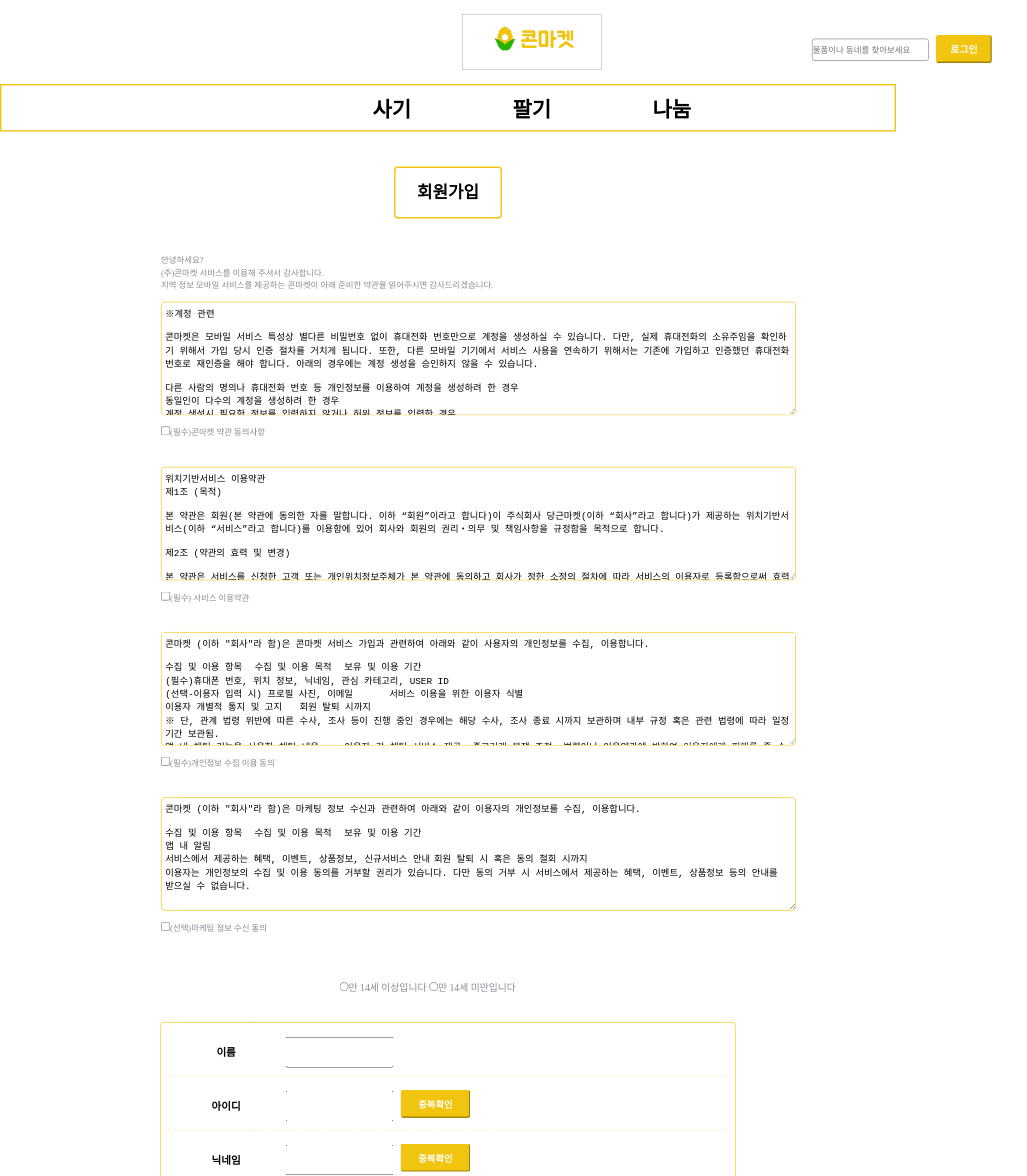
Repository: Corn-Market/Front-end
Page: http://localhost/CornMarket/resources/views/signUp.jsp
The author's editor kept a copy of each file at every save. The page is drawn from the files as they stood at one save, then again after the next save.
The browser window is 1280 px wide. The page is 1417 px wide, then 1467 px, so the pictures cover 1467 px, including what lies to the right of the window. The pictures show the part of the page from y = 0 to 1680 px (the page is 2643 px tall), at 70% of full size.
Some web fonts or font styles are not loaded; a fallback is used. The page is served by Tomcat 9. Other server files are loaded and not shown.

Above is the page before, as saved 2022-12-19 02:59:04.

### CornMarket/src/main/webapp/resources/views/signUp.jsp
<%@ page language="java" contentType="text/html; charset=UTF-8"
    pageEncoding="UTF-8"%>
<%@ taglib uri="http://java.sun.com/jsp/jstl/core" prefix="c" %>
<c:set var="path" value="${pageContext.request.contextPath}"/>
<!DOCTYPE html>
<html>
<head>
<meta charset="EUC-KR">
<title>Insert title here</title>
<link rel="stylesheet" href="${path}/resources/css/signUp.css"/>
<script src="https://ajax.googleapis.com/ajax/libs/jquery/3.5.1/jquery.min.js"></script><script src="https://ajax.googleapis.com/ajax/libs/jquery/3.5.1/jquery.min.js"></script>
</head>
<body>
<jsp:include page="header.jsp"/>
<jsp:include page="nav.jsp"/>
<div class="h2_st">
        <h2>회원가입</h2>
    </div>
    <div class="join_rule1">
        <div class="rule1-1">안녕하세요?</div>
        <div class="rule1-2">(주)콘마켓 서비스를 이용해 주셔서 감사합니다.<br>
             지역 정보 모바일 서비스를 제공하는 콘마켓이 아래 준비한 약관을 읽어주시면 감사드리겠습니다.
        </div>
        <textarea class="rule1" cols="110" rows="10">
※계정 관련

콘마켓은 모바일 서비스 특성상 별다른 비밀번호 없이 휴대전화 번호만으로 계정을 생성하실 수 있습니다. 다만, 실제 휴대전화의 소유주임을 확인하기 위해서 가입 당시 인증 절차를 거치게 됩니다. 또한, 다른 모바일 기기에서 서비스 사용을 연속하기 위해서는 기존에 가입하고 인증했던 휴대전화 번호로 재인증을 해야 합니다. 아래의 경우에는 계정 생성을 승인하지 않을 수 있습니다.

다른 사람의 명의나 휴대전화 번호 등 개인정보를 이용하여 계정을 생성하려 한 경우
동일인이 다수의 계정을 생성하려 한 경우
계정 생성시 필요한 정보를 입력하지 않거나 허위 정보를 입력한 경우
콘마켓이 과거에 운영원칙 또는 법률 위반 등의 정당한 사유로 해당 계정을 삭제 또는 징계한 경우
사기 정보 모음 사이트나 정부기관 사이트 등에서 거래 사기 이력이 있는 휴대전화 번호로 확인된 경우
계정은 본인만 이용할 수 있고, 다른 사람에게 이용을 허락하거나 양도할 수 없습니다. 사용자는 계정과 관련된 정보, 즉 프로필 사진이나 별명 등을 수정할 수 있습니다. 휴대폰 번호가 바뀐 경우에는 서비스 내 설정 메뉴나 고객센터 문의를 통해 새 휴대폰 번호로 인증절차를 걸쳐 수정할 수 있습니다.

사용시 주의해야 할 점

콘마켓은 사용자가 아래와 같이 잘못된 방법이나 행위로 서비스를 이용할 경우 사용에 대한 제재(이용정지, 강제탈퇴 등)를 가할 수 있습니다.

잘못된 방법으로 서비스의 제공을 방해하거나 콘마켓이 안내하는 방법 이외의 다른 방법을 사용하여 콘마켓 서비스에 접근하는 행위
다른 이용자의 정보를 무단으로 수집, 이용하거나 다른 사람들에게 제공하는 행위
서비스를 영리나 홍보 목적으로 이용하는 행위
음란 정보나 저작권 침해 정보 등 공서양속 및 법령에 위반되는 내용의 정보 등을 발송하거나 게시하는 행위
콘마켓의 동의 없이 당근마켓 서비스 또는 이에 포함된 소프트웨어의 일부를 복사, 수정, 배포, 판매, 양도, 대여, 담보제공하거나 타인에게 그 이용을 허락하는 행위
소프트웨어를 역설계하거나 소스 코드의 추출을 시도하는 등 콘마켓 서비스를 복제, 분해 또는 모방하거나 기타 변형하는 행위
관련 법령, 콘마켓의 모든 약관 또는 운영정책을 준수하지 않는 행위
개인정보 보호 관련

개인정보는 콘마켓 서비스의 원활한 제공을 위하여 사용자가 동의한 목적과 범위 내에서만 이용됩니다. 개인정보 보호 관련 기타 상세한 사항은 콘마켓 개인정보처리방침을 참고하시기 바랍니다.

※게시물의 저작권 보호

콘마켓 서비스 사용자가 서비스 내에 게시한 게시물의 저작권은 해당 게시물의 저작자에게 귀속됩니다.
사용자가 서비스 내에 게시하는 게시물은 검색결과 내지 서비스 및 관련 프로모션, 광고 등에 노출될 수 있으며, 해당 노출을 위해 필요한 범위 내에서는 일부 수정, 복제, 편집되어 게시될 수 있습니다. 이 경우, 콘마켓은 저작권법 규정을 준수하며, 사용자는 언제든지 고객센터 또는 운영자 문의 기능을 통해 해당 게시물에 대해 삭제, 검색결과 제외, 비공개 등의 조치를 요청할 수 있습니다.
위 2항 이외의 방법으로 사용자의 게시물을 이용하고자 하는 경우에는 전화, 팩스, 전자우편 등을 통해 사전에 사용자의 동의를 얻어야 합니다.
게시물의 관리

사용자의 게시물이 "정보통신망법" 및 "저작권법"등 관련법에 위반되는 내용을 포함하는 경우, 권리자는 관련법이 정한 절차에 따라 해당 게시물의 게시중단 및 삭제 등을 요청할 수 있으며, 콘마켓은 관련법에 따라 조치를 취하여야 합니다.
콘마켓은 전항에 따른 권리자의 요청이 없는 경우라도 권리침해가 인정될 만한 사유가 있거나 기타 회사 정책 및 관련법에 위반되는 경우에는 관련법에 따라 해당 게시물에 대해 임시조치(삭제, 노출제한, 게시중단) 등을 취할 수 있습니다.

※사용권리

콘마켓은 서비스 이용을 위하여 양도불가능하고 무상의 라이선스를 사용자분들에게 제공합니다. 다만, 콘마켓 상표 및 로고를 사용할 권리를 사용자분들에게 부여하는 것은 아닙니다.

※서비스 고지 및 홍보내용 표시

콘마켓은 서비스 사용자분의 편의를 위해 서비스 이용과 관련된 각종 고지 및 기타 콘마켓 서비스 홍보를 포함한 다양한 정보를 콘마켓 서비스에 표시하거나 사용자의 휴대폰 문자, 알림 메시지(Push Notification) 등으로 발송할 수 있으며 서비스 사용자분은 이에 동의합니다. 이 경우 서비스 사용자분의 통신환경 또는 요금구조에 따라 서비스 사용자분이 데이터 요금 등을 부담할 수 있습니다. 한편 콘마켓은 서비스 사용자분이 수집에 동의한 서비스 내 활동 정보를 기초로 콘마켓에게 직접적인 수익이 발생하지 않거나 콘마켓이 판매하는 상품과 직접적인 관련성이 없는 한도에서 다른 서비스 사용자분 등이 판매하는 상품 또는 서비스에 관한 정보를 위와 같은 방법으로 서비스 사용자분에게 보낼 수 있으며 서비스 사용자분은 이에 동의합니다. 물론 서비스 사용자분은 관련 법령상 필요한 내용을 제외하고 언제든지 이러한 정보에 대한 수신 거절을 할 수 있으며, 이 경우 콘마켓은 즉시 위와 같은 정보를 보내는 것을 중단합니다.

※위치기반서비스 관련

콘마켓은 사용자의 실생활에 더욱 보탬이 되는 유용한 서비스를 제공하기 위하여 콘마켓 서비스에 위치기반서비스를 포함시킬 수 있습니다. 콘마켓의 위치기반서비스는 사용자의 단말기기의 위치정보를 수집하는 위치정보사업자로부터 위치정보를 전달받아 제공하는 무료서비스이며, 구체적으로는 사용자의 현재 위치를 기준으로 특정 지역커뮤니티에 가입자격을 부여하고 다른 이용자와 해당 지역과 관련된 게시물을 작성할 수 있도록 하는 서비스(지역커뮤니티서비스), 사용자의 현재 위치를 이용한 생활 정보나 광고성 정보를 제공하는 서비스(정보제공서비스)가 있습니다. 특히, 사용자가 14세 미만 이용자로서 개인위치정보를 활용한 위치기반 서비스를 이용하기 위해서는 콘마켓은 사용자의 개인위치정보를 이용 또는 제공하게 되며, 이 경우 부모님 등 법정대리인의 동의가 먼저 있어야 합니다. 만약 법정대리인의 동의 없이 위치기반서비스가 이용된 것으로 판명된 때에는 콘마켓은 즉시 사용자의 위치기반서비스 이용을 중단하는 등 적절한 제한을 할 수 있습니다.

사용자(14세 미만 이용자의 법정대리인 포함)는 콘마켓 서비스와 관련된 개인위치정보의 이용, 제공 목적, 제공받는 자의 범위 및 위치기반서비스의 일부에 대하여 동의를 유보하거나, 이용∙제공에 대한 동의의 전부 또는 일부 철회할 수 있으며, 일시적인 중지를 요구할 수 있습니다. 콘마켓은 위치정보의 보호 및 이용 등에 관한 법률의 규정에 따라 개인위치정보 및 위치정보 이용∙제공사실 확인자료를 6개월 이상 보관하며, 사용자가 동의의 전부 또는 일부를 철회한 때에는 당근마켓은 철회한 부분에 해당하는 개인위치정보 및 위치정보 이용∙제공사실 확인자료를 지체 없이 파기하겠습니다.

사용자(14세 미만 이용자의 법정대리인 포함)는 콘마켓에 대하여 사용자에 대한 위치정보 이용∙제공사실 확인자료나, 사용자의 개인위치정보가 법령에 의하여 제3자에게 제공되었을 때에는 그 이유 및 내용의 열람 또는 고지를 요구할 수 있고, 오류가 있는 때에는 정정을 요구할 수 있습니다. 만약, 콘마켓이 사용자의 개인위치정보를 사용자가 지정하는 제3자에게 직접 제공하는 때에는 법령에 따라 개인위치정보를 수집한 스마트폰 등으로 사용자에게 개인위치정보를 제공받는 자, 제공 일시 및 제공 목적을 즉시 통보하겠습니다.

콘마켓은 8세 이하의 아동 등(금치산자, 중증 정신장애인 포함)의 보호의무자가 개인위치정보의 이용 또는 제공에 서면으로 동의하는 경우에는 해당 본인의 동의가 있는 것으로 보며, 이 경우 보호의무자는 개인위치정보주체의 권리를 모두 행사할 수 있습니다.

콘마켓은 사용자의 위치정보를 안전하게 보호하기 위하여 위치정보관리책임자(정창훈 이사, privacy@cornservice.com)를 지정하고 있습니다.

만약 사용자와 콘마켓 간의 위치정보와 관련한 분쟁에 대하여 협의가 어려운 때에는 사용자은 위치정보의 보호 및 이용 등에 관한 법률 제 28조 2항 및 개인정보보호법 제43조의 규정에 따라 개인정보 분쟁조정위원회에 조정을 신청할 수 있습니다.

위치기반서비스 이용약관 전문보기

※오프라인 서비스 관련

콘마켓은 서비스 사용자의 편의를 위해 사용자로부터 배송 등 온라인 커뮤니티 이외의 서비스(이하 “오프라인 서비스”)를 요청 받아 이를 직접 또는 다른 사람에게 맡겨 수행할 수 있고, 이러한 서비스와 관련하여 회사와 사용자가 지켜야 할 사항은 오프라인 서비스 이용약관 및 배송 서비스 수행자(콘버디) 이용약관 등에 따릅니다.

※콘알바 서비스 관련

콘마켓은 직업안정법에 근거하여 지역 내 구인구직 정보가 효과적으로 제공될 수 있도록 하기 위하여 콘알바 서비스를 제공하며, 이러한 서비스와 관련하여 회사와 사용자가 지켜야 할 사항은 콘알바 서비스 이용약관에 따릅니다.

※서비스 중단

콘마켓 서비스는 장비의 유지∙보수를 위한 정기 또는 임시 점검 또는 다른 상당한 이유로 콘마켓 서비스의 제공이 일시 중단될 수 있으며, 이때에는 미리 서비스 제공화면에 공지하겠습니다. 만약, 콘마켓로서도 예측할 수 없는 이유로 콘마켓 서비스가 중단된 때에는 콘마켓이 상황을 파악하는 즉시 통지하겠습니다.

※이용계약 해지(서비스 탈퇴)

사용자가 콘마켓 서비스의 이용을 더 이상 원치 않는 때에는 언제든지 콘마켓 서비스 내 제공되는 메뉴를 이용하여 콘마켓 서비스 이용계약의 해지 신청을 할 수 있으며, 콘마켓은 법령이 정하는 바에 따라 신속히 처리하겠습니다. 다만, 거래사기 등의 부정이용 방지를 위해 거래를 진행중이거나 거래 관련 분쟁이 발생한 사용자는 이용계약 해지 및 서비스 탈퇴가 특정 기간 동안 제한될 수 있습니다. 이용계약이 해지되면 법령 및 개인정보처리방침에 따라 사용자 정보를 보유하는 경우를 제외하고는 사용자 정보나 사용자가 작성한 게시물 등 모든 데이터는 삭제됩니다. 다만, 사용자가 작성한 게시물이 제3자에 의하여 스크랩 또는 다른 공유 기능으로 게시되거나, 사용자가 제3자의 게시물에 댓글, 채팅 등 게시물을 추가하는 등의 경우에는 다른 이용자의 정상적 서비스 이용을 위하여 필요한 범위 내에서 콘마켓 서비스 내에 삭제되지 않고 남아 있게 됩니다.

※책임제한

콘마켓은 법령상 허용되는 한도 내에서 콘마켓 서비스와 관련하여 본 약관에 명시되지 않은 어떠한 구체적인 사항에 대한 약정이나 보증을 하지 않습니다. 예를 들어, 콘마켓은 콘마켓 서비스에 속한 콘텐츠, 서비스의 특정 기능, 서비스의 이용가능성에 대하여 어떠한 약정이나 보증을 하는 것이 아니며, 콘마켓 서비스를 있는 그대로 제공할 뿐입니다.

※손해배상

콘마켓의 과실로 인하여 사용자가 손해를 입게 될 경우 당근마켓은 법령에 따라 사용자의 손해를 배상하겠습니다. 다만, 콘마켓은 콘마켓 서비스에 접속 또는 이용과정에서 발생하는 개인적인 손해, 제3자가 불법적으로 콘마켓의 서버에 접속하거나 서버를 이용함으로써 발생하는 손해, 제3자가 콘마켓 서버에 대한 전송 또는 콘마켓 서버로부터의 전송을 방해함으로써 발생하는 손해, 제3자가 악성 프로그램을 전송 또는 유포함으로써 발생하는 손해, 전송된 데이터의 생략, 누락, 파괴 등으로 발생한 손해, 명예훼손 등 제3자가 콘마켓 서비스를 이용하는 과정에서 사용자에게 발생시킨 손해에 대하여 책임을 부담하지 않습니다. 또한 콘마켓은 법률상 허용되는 한도 내에서 간접 손해, 특별 손해, 결과적 손해, 징계적 손해, 및 징벌적 손해에 대한 책임을 부담하지 않습니다.

※약관수정

콘마켓은 법률이나 당근마켓 서비스의 변경사항을 반영하기 위한 목적 등으로 본 약관이나 각 콘마켓 서비스 고객센터의 콘마켓 서비스 이용방법, 해당 안내 및 고지사항을 수정할 수 있습니다. 본 약관이 변경되는 경우 콘마켓은 변경 사항을 개별 콘마켓 서비스 초기화면에 게시하며, 변경된 약관은 게시한 날로부터 7일 후부터 효력이 발생합니다.

콘마켓은 변경된 약관을 게시한 날로부터 효력이 발생되는 날까지 약관변경에 대한 사용자의 의견을 기다리겠습니다. 위 기간이 지나도록 사용자의 의견이 콘마켓에 접수되지 않으면, 사용자가 변경된 약관에 따라 서비스를 이용하는 데에 동의하는 것으로 보겠습니다. 사용자가 변경된 약관에 동의하지 않는 경우 변경된 약관의 적용을 받는 해당 서비스의 제공이 더 이상 불가능하게 됩니다.

※사용자 의견

콘마켓은 사용자의 의견을 소중하게 생각합니다. 사용자는 언제든지 서비스 내 콘마켓 운영자 문의란을 통해 의견을 개진할 수 있습니다. 콘마켓은 푸시 알림, 채팅 방법, 휴대폰 번호 등으로 사용자에게 여러 가지 소식을 알려드리며, 사용자 전체에 대한 통지는 콘마켓 서비스 초기화면 또는 공지사항 란에 게시함으로써 효력이 발생합니다.

본 약관은 콘마켓과 사용자와의 관계에 적용되며, 제3자의 수익권을 발생시키지 않습니다.

사용자가 본 약관을 준수하지 않은 경우에, 콘마켓이 즉시 조치를 취하지 않더라도 콘마켓이 가지고 있는 권리를 포기하는 것이 아니며, 본 약관 중 일부 조항의 집행이 불가능하게 되더라도 다른 조항에는 영향을 미치지 않습니다.

본 약관 또는 콘마켓 서비스와 관련하여서는 대한민국의 법률이 적용됩니다.

공고일자: 2022년 6월 28일
시행일자: 2022년 7월 05일
        </textarea>
        <input type="checkbox">(필수)콘마켓 약관 동의사항
        <textarea class="rule1" cols="110" rows="10">
위치기반서비스 이용약관
제1조 (목적)

본 약관은 회원(본 약관에 동의한 자를 말합니다. 이하 “회원”이라고 합니다)이 주식회사 당근마켓(이하 “회사”라고 합니다)가 제공하는 위치기반서비스(이하 “서비스”라고 합니다)를 이용함에 있어 회사와 회원의 권리・의무 및 책임사항을 규정함을 목적으로 합니다.

제2조 (약관의 효력 및 변경)

본 약관은 서비스를 신청한 고객 또는 개인위치정보주체가 본 약관에 동의하고 회사가 정한 소정의 절차에 따라 서비스의 이용자로 등록함으로써 효력이 발생합니다.
회사는 본 약관의 내용을 회원이 쉽게 알 수 있도록 서비스 초기 화면에 게시하거나 기타의 방법으로 공지합니다.
회사는 필요하다고 인정되면 본 약관을 변경할 수 있으며, 회사가 약관을 개정할 경우에는 기존약관과 개정약관 및 개정약관의 적용일자와 개정사유를 명시하여 현행약관과 함께 그 적용일자 7일 전부터 적용일 이후 상당한 기간 동안 공지합니다. 다만, 개정 내용이 회원에게 불리한 경우에는 그 적용일자 30일 전부터 적용일 이후 상당한 기간 동안 각각 이를 서비스 홈페이지에 게시하여 고지합니다.
회사가 전항에 따라 회원에게 공지하거나 통지하면서 공지 또는 통지ㆍ고지일로부터 개정약관 시행일 7일 후까지 거부의사를 표시하지 아니하면 승인한 것으로 본다는 뜻을 명확하게 고지하였음에도 불구하고 거부의 의사표시가 없는 경우에는 변경된 약관에 승인한 것으로 봅니다. 회원이 개정약관에 동의하지 않을 경우 회원은 이용계약을 해지할 수 있습니다.
제3조 (약관 외 준칙)

본 약관에 규정되지 않은 사항에 대해서는 위치정보의 보호 및 이용 등에 관한 법률(이하 “위치정보법”이라고 합니다), 전기통신사업법, 정보통신망 이용촉진 및 보호 등에 관한 법률(이하 “정보통신망법”이라고 합니다), 개인정보보호법 등 관련법령 또는 회사가 정한 서비스의 운영정책 및 규칙 등(이하 “세부지침”이라고 합니다)의 규정에 따릅니다.

제4조 (서비스의 가입)

본회사는 아래와 같은 경우에는 여러분의 당근마켓 계정 생성을 유보할 수 있습니다.
실명이 아니거나 다른 사람의 명의를 사용하는 등 허위로 신청하는 경우
회원 등록 사항을 빠뜨리거나 잘못 기재하여 신청하는 경우
기타 회사가 정한 이용신청 요건을 충족하지 않았을 경우
제5조 (서비스의 해지)

회원이 서비스 이용을 해지하고자 할 경우 회원은 회사가 정한 절차(서비스 홈페이지 등을 통해 공지합니다)를 통해 서비스 해지를 신청할 수 있으며, 회사는 법령이 정하는 바에 따라 신속히 처리합니다.

제6조 (서비스의 내용)

서비스의 이용은 연중무휴 1일 24시간을 원칙으로 합니다. 단, 회사의 업무 또는 기술상의 이유로 서비스가 일시 중지될 수 있으며, 운영상의 목적으로 회사가 정한 기간에도 서비스는 일시 중지될 수 있습니다. 이때 회사는 사전 또는 사후에 이를 공지합니다.
회사가 제공하는 서비스의 종류, 세부 내용, 이용 요금은 아래와 같습니다.
종류 : 동네 커뮤니티 서비스
서비스명 : 콘마켓
설명 : 내동네를 인증하고 주변 이웃과 중고물품을 거래하거나 동네 정보를 공유하는 서비스
위치정보 이용 목적: 내 동네인증
이용 요금 : 무료
제7조 (서비스 이용요금)

회사가 제공하는 서비스는 기본적으로 유료 또는 무료입니다. 단, 별도의 유료서비스의 경우 해당 서비스에 명시된 요금을 지불하여야 사용 가능합니다.
회사는 유료서비스 이용요금을 회사와 계약한 전자지불업체에서 정한 방법에 의하거나 회사가 정한 청구서에 합산하여 청구할 수 있습니다.
유료서비스 이용을 통하여 결제된 대금에 대한 취소 및 환불은 회사의 결제 이용약관 등 관련법령에 따릅니다.
회원의 개인정보도용 및 결제사기로 인한 환불요청 또는 결제자의 개인정보 요구는 법률이 정한 경우 외에는 거절될 수 있습니다.
무선서비스 이용 시 발생하는 데이터 통신료는 별도이며, 회원이 가입한 각 이동통신사의 정책에 따릅니다.
MMS 등으로 게시물을 등록할 경우 발생하는 요금은 회원이 가입한 각 이동통신사의 정책에 따릅니다.
제8조 (서비스의 이용제한 및 중지)

회사는 아래 각 호의 경우에는 회원의 서비스 이용을 제한하거나 중지시킬 수 있습니다.
회원이 회사 서비스의 운영을 고의 또는 중과실로 방해하는 경우
서비스용 설비 점검, 보수 또는 공사로 인하여 부득이한 경우
전기통신사업법에 규정된 기간통신사업자가 전기통신 서비스를 중지했을 경우
국가비상사태, 서비스 설비의 장애 또는 서비스 이용의 폭주 등으로 서비스 이용에 지장이 있는 때
기타 중대한 사유로 인하여 회사가 서비스 제공을 지속하는 것이 부적당하다고 인정하는 경우
회사는 전항의 규정에 의하여 서비스의 이용을 제한하거나 중지한 때에는 그 사유 및 제한기간 등을 회원에게 알려야 합니다.
제9조 (서비스내용변경 통지 등)

회사가 서비스 내용을 변경하거나 종료하는 경우 회사는 회원의 등록된 휴대폰 번호 문자 방식으로 서비스 내용의 변경 사항 또는 종료를 통지할 수 있습니다.
전항의 경우 불특정 다수인을 상대로 통지를 함에 있어서는 서비스 홈페이지 등 기타 회사의 공지사항 페이지를 통하여 회원들에게 통지할 수 있습니다. 단, 회원 본인의 거래와 관련하여 중대한 영향을 미치는 사항은 상당한 기간 동안 서비스 홈페이지에 게시하거나 회원에게 전자적 형태(전자우편, SMS 등)로 개별통지 합니다.
제10조 (개인위치정보의 이용 또는 제공)

회사는 개인위치정보를 이용하여 서비스를 제공하고자 하는 경우에는 미리 약관에 명시한 후 개인위치정보주체의 동의를 얻어야 합니다.
회원 및 법정대리인의 권리와 그 행사방법은 제소 당시의 이용자의 주소에 의하며, 주소가 없는 경우에는 거소를 관할하는 지방법원의 전속관할로 합니다. 다만, 제소 당시 이용자의 주소 또는 거소가 분명하지 않거나 외국 거주자의 경우에는 민사소송법상의 관할법원에 제기합니다.
회사는 타사업자 또는 이용 고객과의 요금정산 및 민원처리를 위해 위치정보 이용·제공, 사실 확인자료를 자동 기록·보존하며, 해당 자료는 6개월간 보관합니다.
회사는 개인위치정보주체의 동의 없이 개인위치정보를 제3자에게 제공하지 아니하며, 제3자 제공 서비스를 제공하는 경우에는 제공 받는자 및 제공목적을 사전에 개인위치정보주체에게 고지하고 동의를 받습니다. 다만, 다음의 경우는 예외로 하고 있습니다.
법령의 규정에 의거하거나 수사 목적으로 법령에 정해진 절차와 방법에 따라 수사기관의 요구가 있는 경우
회사는 개인위치정보를 회원이 지정하는 제3자에게 제공하는 경우에는 개인위치정보를 수집한 당해 통신 단말장치로 매회 회원에게 제공받는 자, 제공 일시 및 제공목적을 즉시 통보합니다. 단, 아래 각 호의 1에 해당하는 경우에는 회원이 미리 특정하여 지정한 통신 단말장치 또는 전자우편주소로 통보합니다.
개인위치정보를 수집한 당해 통신단말장치가 문자, 음성 또는 영상의 수신기능을 갖추지 아니한 경우
회원이 온라인 게시 등의 방법으로 통보할 것을 미리 요청한 경우
제11조 (개인위치정보주체의 권리)

회원은 회사에 대하여 언제든지 개인위치정보를 이용한 위치기반서비스 제공 및 개인위치정보의 제3자 제공에 대한 동의의 전부 또는 일부를 철회할 수 있습니다. 이 경우 회사는 수집한 개인위치정보 및 위치정보 이용, 제공사실 확인자료를 파기합니다.
회원은 회사에 대하여 언제든지 개인위치정보의 수집, 이용 또는 제공의 일시적인 중지를 요구할 수 있으며, 회사는 이를 거절할 수 없고 이를 위한 기술적 수단을 갖추고 있습니다.
회원은 회사에 대하여 아래 각 호의 자료에 대한 열람 또는 고지를 요구할 수 있고, 당해 자료에 오류가 있는 경우에는 그 정정을 요구할 수 있습니다. 이 경우 회사는 정당한 사유 없이 회원의 요구를 거절할 수 없습니다.
본인에 대한 위치정보 수집, 이용, 제공사실 확인자료
본인의 개인위치정보가 위치정보의 보호 및 이용 등에 관한 법률 또는 다른 법률 규정에 의하여 제3자에게 제공된 이유 및 내용
회원은 제1항 내지 제3항의 권리행사를 위해 회사의 소정의 절차를 통해 요구할 수 있습니다.
제12조 (법정대리인의 권리)

회사는 14세 미만의 회원에 대해서는 개인위치정보를 이용한 위치기반서비스 제공 및 개인위치정보의 제3자 제공에 대한 동의를 당해 회원과 당해 회원의 법정대리인으로부터 동의를 받아야 합니다. 이 경우 법정대리인은 제11조에 의한 회원의 권리를 모두 가집니다.
회사는 14세 미만의 아동의 개인위치정보 또는 위치정보 이용, 제공사실 확인자료를 이용약관에 명시 또는 고지한 범위를 넘어 이용하거나 제3자에게 제공하고자 하는 경우에는 14세 미만의 아동과 그 법정대리인의 동의를 받아야 합니다. 단, 아래의 경우는 제외합니다.
위치정보 및 위치기반서비스 제공에 따른 요금정산을 위하여 위치정보 이용, 제공사실 확인자료가 필요한 경우
통계작성, 학술연구 또는 시장조사를 위하여 특정 개인을 알아볼 수 없는 형태로 가공하여 제공하는 경우
제13조 (8세 이하의 아동 등의 보호의무자의 권리)

회사는 14세 미만의 아동의 개인위치정보 또는 위치정보 이용, 제공사실 확인자료를 이용약관에 명시 또는 고지한 범위를 넘어 이용하거나 제3자에게 제공하고자 하는 경우에는 14세 미만의 아동과 그 법정대리인의 동의를 받아야 합니다. 단, 아래의 경우는 제외합니다.
8세 이하의 아동
피성년후견인
장애인복지법 제2조 제2항 제2호의 규정에 따른 정신적 장애를 가진 자로서 장애인 고용촉진 및 직업재활법 제2조 제2호의 규정에 따라 중증장애인에 해당하는 자(장애인복지법 제32조의 규정에 따라 장애인등록을 한 자에 한합니다)
전항의 규정에 따른 8세 이하 아동 등의 보호의무자는 해당 아동을 사실상 보호하는 자로서 다음 각 호에 해당하는 자를 말합니다.
8세 이하의 아동의 법정대리인 또는 보호시설에 있는 미성년자의 후견 직무에 관한 법률 제3조의 규정에 따른 후견인
피성년후견인의 법정대리인
본 조 제1항 제3호의 자의 법정대리인 또는 장애인복지법 제58조 제1항 제1호의 규정에 따른 장애인생활시설(국가 또는 지방자치단체가 설치·운영하는 시설에 한합니다)의 장, 정신보건법 제3조 제4호의 규정에 따른 정신질환자 사회복귀시설(국가 또는 지방자치단체가 설치·운영하는 시설에 한합니다)의 장, 동법 동조 제5호의 규정에 따른 정신요양시설의 장
8세 이하의 아동 등의 생명 또는 신체의 보호를 위하여 개인위치정보의 이용 또는 제공에 동의를 하고자 하는 보호의무자는 서면동의서에 보호의무자임을 증명하는 서면을 첨부하여 회사에 제출하여야 합니다.
보호의무자는 8세 이하의 아동 등의 개인위치정보 이용 또는 제공에 동의하는 경우 개인위치정보주체 권리의 전부를 행사할 수 있습니다.
제14조 (회사의 주소 및 연락처 등)

회사의 상호, 주소 및 연락처는 아래와 같습니다.

상호 : 주식회사 콘마켓
대표 : 김재현, 김용현
주소 : 서울특별시 구로구 디지털로30길 28, 609호 (콘서비스)
대표전화 : 1644-9736
회사는 개인위치정보를 적절히 관리·보호하고, 개인위치정보주체의 불만을 원활히 처리할 수 있도록 실질적인 책임을 질 수 있는 지위에 있는 자를 위치정보관리책임자로 지정해 운영하고 있으며, 위치정보관리책임자의 성명과 연락처는 아래와 같습니다.

성명 : 정창훈
대표전화 : 1644-9736
이메일주소 : contact@corn.com
제15조 (양도금지)

회원의 서비스 받을 권리는 이를 양도 내지 증여하거나 담보제공 등의 목적으로 처분할 수 없습니다.

제16조 (손해배상)

회사가 위치정보법 제15조 내지 제26조의 규정을 위반한 행위로 회원에게 손해가 발생한 경우 회원은 회사에 대하여 손해배상 청구를 할 수 있습니다. 이 경우 회사는 고의, 과실이 없음을 입증하지 못하는 경우 책임을 면할 수 없습니다.
회사가 위치정보법 제15조 내지 제26조의 규정을 위반한 행위로 회원에게 손해가 발생한 경우 회원은 회사에 대하여 손해배상 청구를 할 수 있습니다. 이 경우 회사는 고의, 과실이 없음을 입증하지 못하는 경우 책임을 면할 수 없습니다.
제17조 (면책)

회사는 다음 각 호의 경우로 서비스를 제공할 수 없는 경우 이로 인하여 회원에게 발생한 손해에 대해서는 책임을 부담하지 않습니다.
천재지변 또는 이에 준하는 불가항력의 상태가 있는 경우
서비스 제공을 위하여 회사와 서비스 제휴계약을 체결한 제3자의 고의적인 서비스 방해가 있는 경우
회원의 귀책사유로 서비스 이용에 장애가 있는 경우4) 제1호 내지 제3호를 제외한 기타 회사의 고의ㆍ과실이 없는 사유로 인한 경우
회사는 서비스 및 서비스에 게재된 정보, 자료, 사실의 신뢰도, 정확성 등에 대해서는 보증을 하지 않으며 이로 인해 발생한 회원의 손해에 대하여는 책임을 부담하지 아니합니다.
제18조 (분쟁의 조정 및 기타)

서비스 이용과 관련하여 회사와 회원 간에 분쟁이 발생하면, 회사는 분쟁의 해결을 위해 회원과 성실히 협의합니다.
전항의 협의에서 분쟁이 해결되지 않은 경우 회사와 회원은 위치정보법 제28조에 의한 방송통신위원회에 재정을 신청하거나, 개인정보보호법 제43조에 의한 방송통신위원회 또는 개인정보분쟁조정위원회에 재정 또는 분쟁조정을 신청할 수 있습니다.
전항으로도 분쟁이 해결되지 않으면 회사와 회원 양 당사자는 민사소송법상의 관할법원에 소를 제기할 수 있습니다.
부칙

제1조 (시행일) 본 약관은 2017년 12월 1일부터 시행합니다.
        </textarea>
        <input type="checkbox">(필수) 서비스 이용약관
        <textarea class="rule1" cols="110" rows="10">
콘마켓 (이하 "회사"라 함)은 콘마켓 서비스 가입과 관련하여 아래와 같이 사용자의 개인정보를 수집, 이용합니다.

수집 및 이용 항목	수집 및 이용 목적	보유 및 이용 기간
(필수)휴대폰 번호, 위치 정보, 닉네임, 관심 카테고리, USER ID
(선택-이용자 입력 시) 프로필 사진, 이메일	서비스 이용을 위한 이용자 식별
이용자 개별적 통지 및 고지	회원 탈퇴 시까지
※ 단, 관계 법령 위반에 따른 수사, 조사 등이 진행 중인 경우에는 해당 수사, 조사 종료 시까지 보관하며 내부 규정 혹은 관련 법령에 따라 일정 기간 보관됨.
앱 내 채팅 기능을 사용한 채팅 내용	이용자 간 채팅 서비스 제공, 중고거래 분쟁 조정, 법령이나 이용약관에 반하여 이용자에게 피해를 줄 수 있는 잘못된 이용행위의 방지
검색이력/거래기록/방문기록 등 서비스이용기록, IP주소, 단말기 정보(OS, 화면사이즈, 기기식별값), 광고ID	이상행위 탐지, 부정이용 방지 및 서비스 개선을 위한 분석, 이용자의 관심, 성향에 기반한 개인 맞춤형 상품 추천 서비스(광고 포함)를 제공
이용자는 개인정보의 수집 및 이용 동의를 거부할 권리가 있습니다. 다만 동의 거부 시 당근마켓 서비스를 이용 하실 수 없습니다.
        </textarea>
        <input type="checkbox">(필수)개인정보 수집 이용 동의
        <textarea class="rule1" cols="110" rows="10">
콘마켓 (이하 "회사"라 함)은 마케팅 정보 수신과 관련하여 아래와 같이 이용자의 개인정보를 수집, 이용합니다.

수집 및 이용 항목	수집 및 이용 목적	보유 및 이용 기간
앱 내 알림
서비스에서 제공하는 혜택, 이벤트, 상품정보, 신규서비스 안내	회원 탈퇴 시 혹은 동의 철회 시까지
이용자는 개인정보의 수집 및 이용 동의를 거부할 권리가 있습니다. 다만 동의 거부 시 서비스에서 제공하는 혜택, 이벤트, 상품정보 등의 안내를 받으실 수 없습니다.
        </textarea>
        <input type="checkbox">(선택)마케팅 정보 수신 동의
    </div>

    <div class="join_rule2">
        <input type="radio" name="age" class="rule2-1">만 14세 이상입니다
        <input type="radio" name="age">만 14세 미만입니다
    </div>
    <div class="join_wrap">
        <div class="join_first">
            <div class="join_main">이름</div>
            <input type="text" class="join_input">
        </div>
        <div class="join_first">
            <div class="join_main">아이디</div>
            <input type="text" class="join_input"><br>
            <input type="button" class="join_check_again" value="중복확인">
        </div>
        <div class="join_first">
            <div class="join_main">닉네임</div>
            <input type="text" class="join_input">
            <input type="button" class="join_check_again" value="중복확인">
        </div>
        <div class="join_first">
            <div class="join_main">비밀번호</div>
            <input type="password" class="join_input">
        </div>
        <div class="join_first">
            <div class="join_main">비밀번호 확인</div>
            <input type="password" class="join_input">
        </div>
         <div class="join_first">
            <div class="join_main">이메일</div>
            <input type="text" class="join_input_email">
                <span class="join_phone">@</span>
                <input type="text" class="join_input_email">
                <select class="join_email_sel">
                	<option value="etc">직접입력</option>
                    <option value="gmail.com">gmail.com</option>
                    <option value="hanmail.net">hanmail.net</option>
                   	<option value="hotmail.com">hotmail.com</option>
                    <option value="nate.com">nate.com</option>
                    <option value="naver.com">naver.com</option>
                    <option value="yahoo.co.kr">yahoo.co.kr</option>
                   	<option value="yahoo.com">yahoo.com</option>
                </select>
        </div>
        <div class="join_first">
            <div class="join_main">휴대폰번호</div>
            <input type="text" class="join_input">
        </div>
        <div class="join_second">
            <button class="btn1">저장</button>
            <button>취소</button>
        </div>
    </div>
<jsp:include page="footer.jsp"/>
</body>
</html>

### CornMarket/src/main/webapp/resources/css/index.css
@import url('https://fonts.googleapis.com/css?family=Gaegu:400,700');
*{
    margin:0px;
    padding:0px;
}

header{
    width:100%;
    margin:0px auto;
    padding:10px;
    display:flex;
}

.header_logo{
    width:300px;
    height:90px;
    display: flex;
    margin-left: 650px;
    margin-top: 10px;
}

header img{
    width:200px;
    height:80px;
    display: block;
    background-image: url(../img/KakaoTalk_20221219_090531943_03.png);
    background-position: center;
    background-size: cover;

}

.header_name{
    width:200px;
    height:90px;
}

.header_name a{
    text-decoration: none;
    color:rgb(241, 196, 15);
    font-size: 55px;
    text-align: center;
    font-family: 'Gaegu', cursive;
    display: block;
}

.header_search{
    display:flex;
    margin-top: 40px;
}

header input{
    width:165px;
    height:30px;
    border:1px solid #868b94;
    border-radius: 4px;
    font-size: 12px;
    margin-left: 300px;
    margin-top: 5px;
}

header button{
    width:80px;
    height:40px;
    font-size: 14px;
    font-weight: bold;
    color: rgb(255, 255, 255);
    text-align: center;
    line-height: 2.5em;
    border-radius: 4px;
    border-color: rgb(241, 196, 15);
    background-color: rgb(241, 196, 15);
    margin-left: 10px;
}

footer{
    padding:40px;
    border-top: 0.3px solid #eaebee;
    width:100%;
    margin:0px auto;
}

.footer_top{
    display:flex;
    margin-bottom: 30px;
}

.footert_left{
    margin-left:360px;
}

.footert_right{
    margin-left:120px;
}

.footert_first, .footert_second, .footert_third{
    display:flex;
    margin: 30px;
}

.footer_top p{
    margin-right: 20px;
}

.footertr_first{
    font-weight: bold;
}

.footertr_second{
    display:flex;
}

.footertr_app{
    margin-top: 20px;
    margin-right: 40px;
    width:120px;
    height:40px;
    border:0px;
    background-image: url(data:[embedded picture, 6946 characters]);
    background-position: center;
    background-size: cover;
}

.footertr_google{
    margin-top: 12px;
    width:115px;
    height:55px;
    border:0px;
    background-image: url(data:[embedded picture, 4878 characters]);
    background-position: center;
    background-size: cover;
}

.footer_bottom{
    padding:20px;
    border-top: 0.3px solid #eaebee;
    display: flex;
    width:50%;
    margin:0px auto;
}
.footerb_left{
    margin-left: 5px;
}
.footerb_right{
    margin-left: 20px;
}

.footerb_first, .footerb_second, .footerb_third, .footerb_fourth{
    display: flex;
}

.footer_main, .footer_main2{
    font-size: 13px;
    font-weight: bold;
    color:#868b94;
    display:block;
    margin-right: 5px;
}

.footer_bottom p{
    font-size: 13px;
    color:#868b94;
    display:block;
}

.footer_bottom .bar{
    display: block;
    margin-left: 8px;
    margin-right: 8px;
}

.footerb_nav, .footerb_final{
    display: flex;
}

.footerb_nav p{
    font-size: 13px;
    font-weight: bold;
    color:#868b94;
    display:block;
    margin-top: 15px;
    margin-right: 20px;
}

.footerb_final p{
    font-size: 13px;
    font-weight: bold;
    color:#868b94;
    display:block;
    margin-top: 15px;
    margin-right: 20px;
}



.footerb_img_1{
    width:25px;
    height:25px;
    border-radius: 50%;
    background-image: url(data:[embedded picture, 3770 characters]);
    background-position: center;
    background-size: cover;
    margin-right: 10px;
}

.footerb_img_2{
    width:25px;
    height:25px;
    border-radius: 50%;
    background-image: url(data:[embedded picture, 11151 characters]);
    background-position: center;
    background-size: cover;
    margin-right: 10px;
}

.footerb_img_3{
    width:25px;
    height:25px;
    border-radius: 50%;
    background-image: url(data:[embedded picture, 2706 characters]);
    background-position: center;
    background-size: cover;
    margin-right: 10px;
}

.footerb_img_4{
    width:25px;
    height:25px;
    border-radius: 50%;
    background-image: url(data:[embedded picture, 3990 characters]);
    background-position: center;
    background-size: cover;
    margin-right: 10px;
}

nav{
    padding:10px;
    border:2px solid  rgb(241, 196, 15);

}

.nav_first{
    display:flex;
    list-style: none;
    margin-left: 520px;
}

.nav_main{
	font-family: 'Gaegu', cursive;
    font-size: 30px;
    font-weight: bold;
    color:black;
    width:200px;
}

.nav_main:hover{
    color:#868b94;
}

.nav_main:hover .nav_second{
    display:block;
}
.nav_second{
    font-family: 'Gaegu', cursive;
    font-size: 20px;
    color:black;
    display: none;
    margin-left: 20px;
    width:150px;
    height:180px;
}
.nav_second li{
    margin-top: 5px;
    margin-left: 15px;
}

.nav_second li:hover{
	color:#868b94;
}

a{
    text-decoration: none;
    color:black;
}

a:hover {
	color:#868b94;
}

Loaded but not shown: CornMarket/src/main/webapp/resources/css/signUp.css (192 lines, source omitted); CornMarket/src/main/webapp/resources/views/footer.jsp (84 lines, source omitted); CornMarket/src/main/webapp/resources/views/nav.jsp (37 lines, source omitted); CornMarket/src/main/webapp/resources/views/header.jsp (26 lines, source omitted)

After the next save:
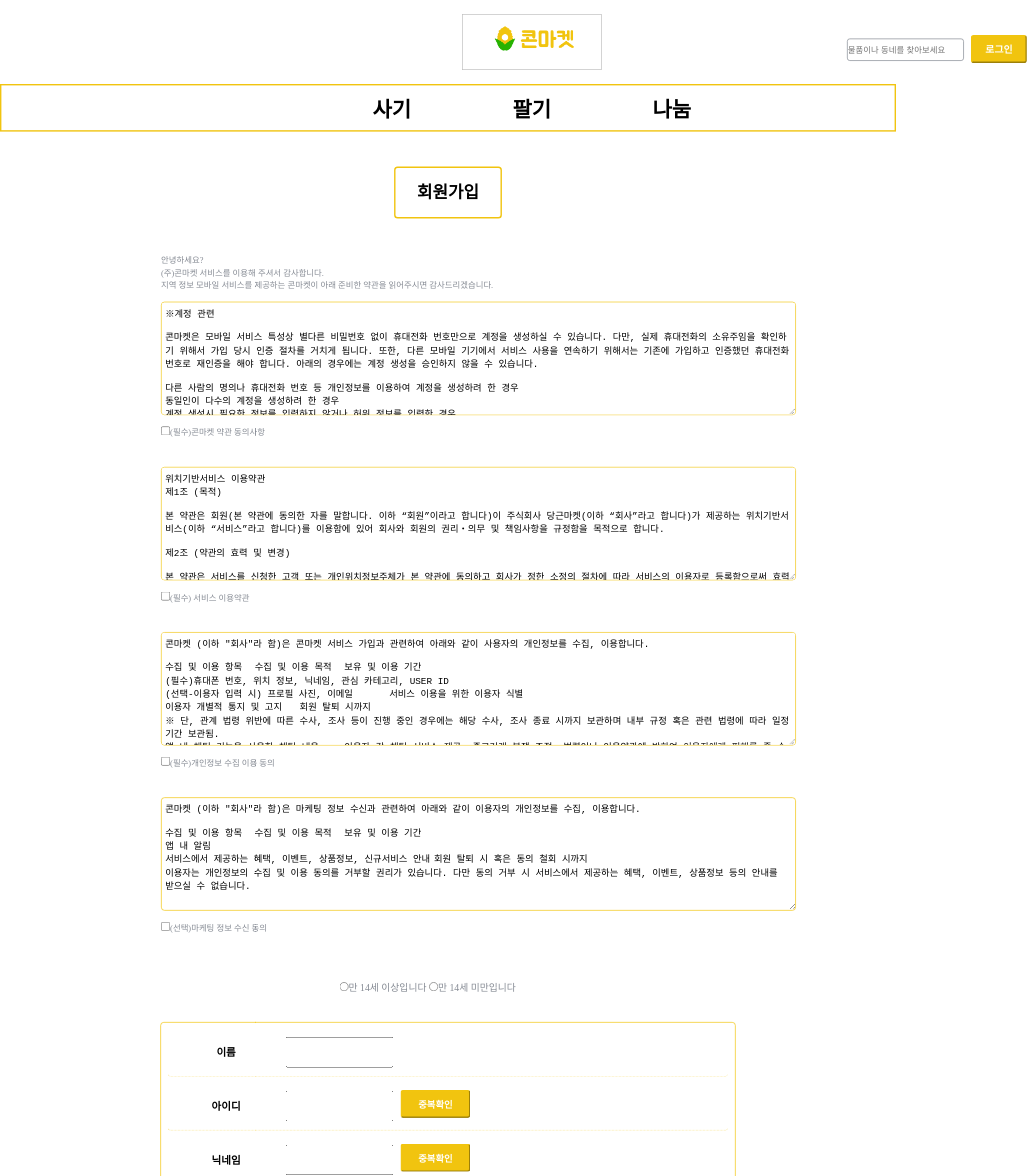
Saved 88 s later.
--- a/CornMarket/src/main/webapp/resources/css/index.css
+++ b/CornMarket/src/main/webapp/resources/css/index.css
@@ -54,7 +54,7 @@ header input{
     border:1px solid #868b94;
     border-radius: 4px;
     font-size: 12px;
-    margin-left: 300px;
+    margin-left: 350px;
     margin-top: 5px;
 }
 
